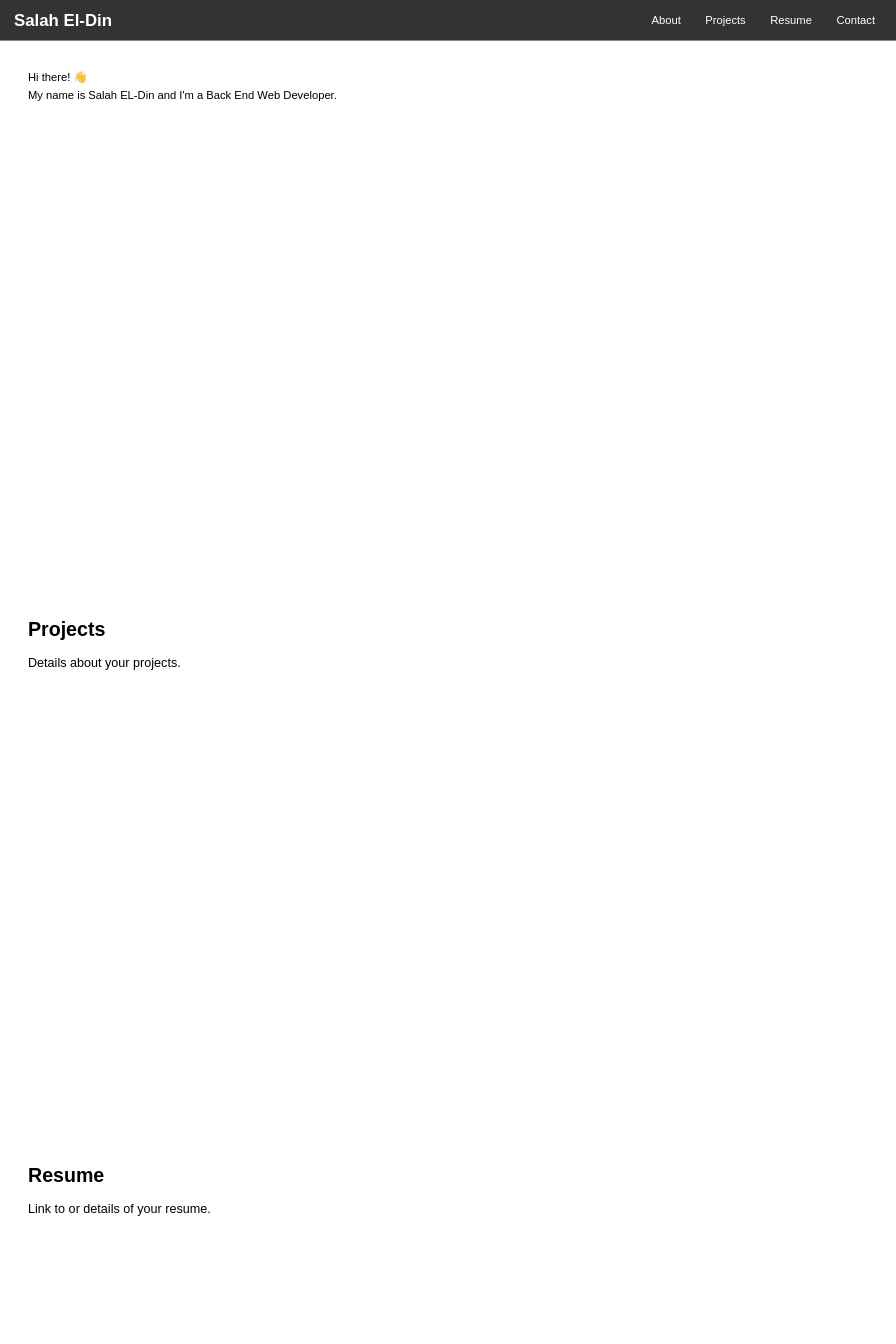
Repository: Salah-Wael/Salah-EL-Din-Portfolio
Page: index.html
An editor plug-in stored every save of this project. The page is shown before and after a run of saves, followed by the edit.
The browser window is 1280 px wide. The pictures show the part of the page from y = 0 to 1920 px (the page is 3198 px tall), at 70% of full size.

Above is the page before, as saved 2024-07-13 03:23:28.

### index.html
<!DOCTYPE html>
<html lang="en">
<head>
  <meta charset="UTF-8">
  <meta name="viewport" content="width=device-width, initial-scale=1.0">
  <title>Salah EL-Din Portfolio</title>
  <link rel="stylesheet" href="./style.css">
</head>
<body>
  <nav>
    <h1>Salah El-Din</h1>
    <ul>
      <li><a href="#about">About</a></li>
      <li><a href="#projects">Projects</a></li>
      <li><a href="#resume">Resume</a></li>
      <li><a href="#contact">Contact</a></li>
    </ul>
  </nav>
  <section id="about">
    <div class="about">
      <div>
        Hi there! 👋<br>
        My name is Salah EL-Din and I'm a <span>Back End Web Developer.</span>
      </div>
      <div>

      </div>
    </div>
  </section>
  <section id="projects">
    <h2>Projects</h2>
    <p>Details about your projects.</p>
  </section>
  <section id="resume">
    <h2>Resume</h2>
    <p>Link to or details of your resume.</p>
  </section>
  <section id="contact">
    <h2>Contact</h2>
    <p>Contact information.</p>
  </section>
</body>
</html>

### style.css
/* Reset some basic styles */
body, h1, h2, p, ul, li, a {
  margin: 0;
  padding: 0;
  list-style: none;
  text-decoration: none;
  font-family: Arial, sans-serif;
}

/* General body styling */
body {
  font-family: Arial, sans-serif;
  line-height: 1.6;
}

/* Styling for navigation bar */
nav {
  background-color: #333;
  color: white;
  display: flex;
  justify-content: space-between;
  align-items: center;
  padding: 10px 20px;
}

nav h1 {
  font-size: 24px;
}

nav ul {
  display: flex;
  gap: 15px;
}

nav ul li {
  list-style: none;
}

nav ul li a {
  color: white;
  text-decoration: none;
  padding: 5px 10px;
}

nav ul li a:hover {
  background-color: #575757;
  border-radius: 5px;
}

/* Section styling */
section {
  padding: 20px;
  margin: 20px;
  /* width: 100%; */
  height: 100vh;
}

section h2 {
  font-size: 28px;
  margin-bottom: 10px;
}

section p {
  font-size: 18px;
}

.about{
  display: flex;

}

After the next 2 saves:
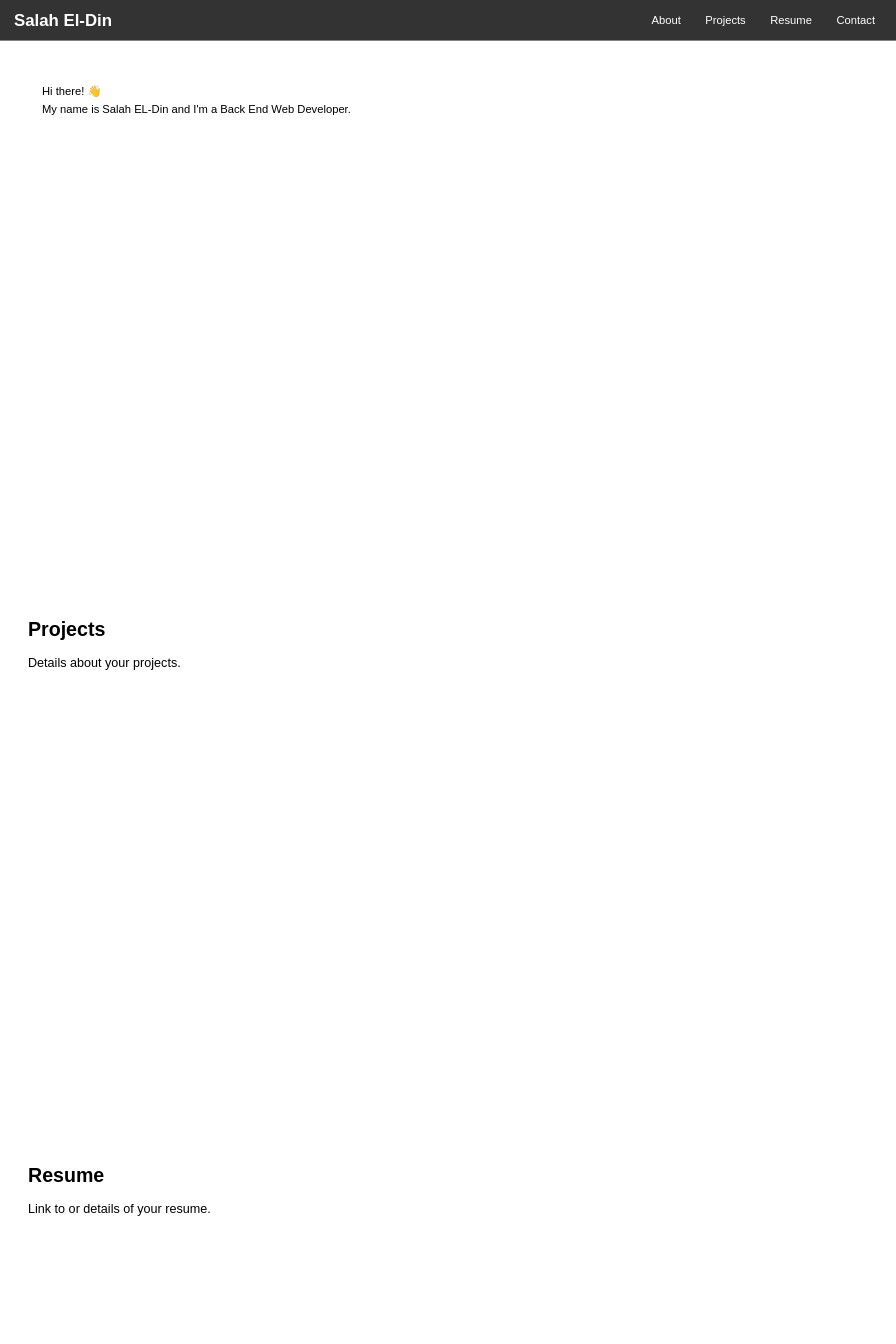
The 2 saves are shown as one change because they came seconds apart.
The last was saved 10 s later.
--- a/style.css
+++ b/style.css
@@ -66,5 +66,8 @@ section p {
 
 .about{
   display: flex;
+  justify-content: space-between;
+  align-items: center;
+  margin: 20px;
 
 }
